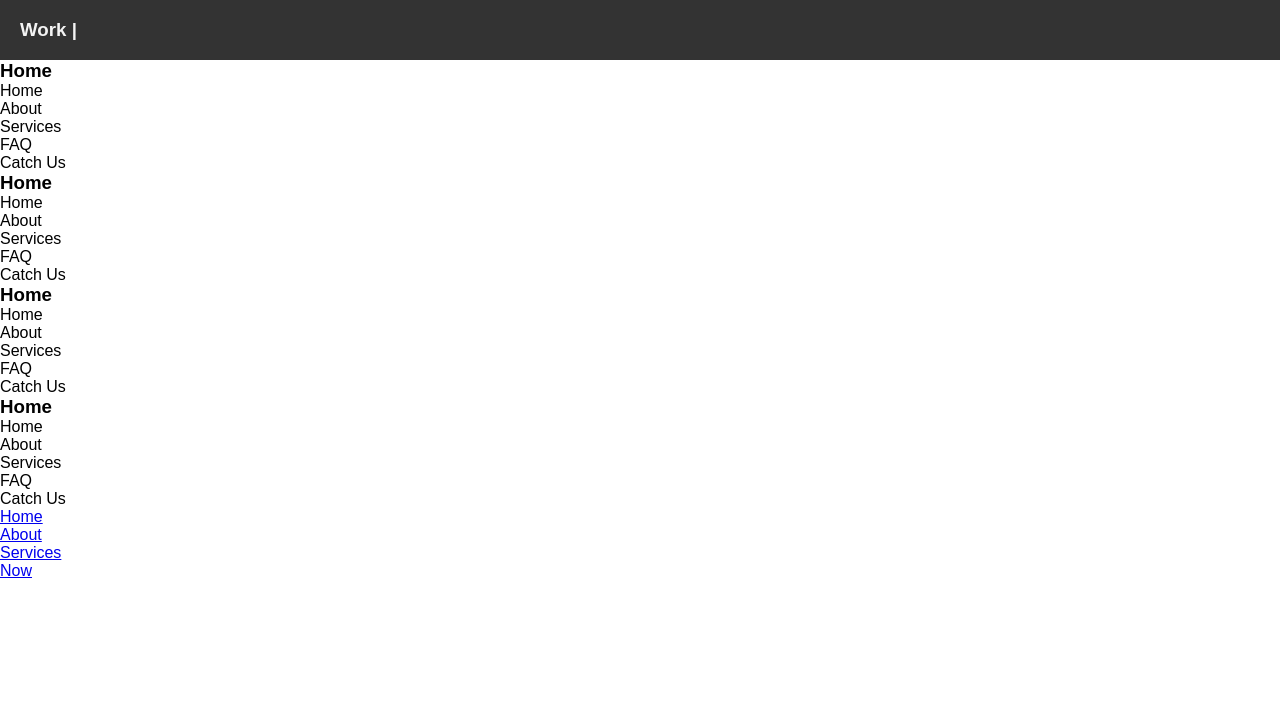
Repository: mxhdiqaim/lenviteck
Page: dist/index.html
These files come from the project's save history. The page is drawn as it stood at one moment and after the next save; the edit follows.
The browser window is 1280 px wide. The pictures show the whole page.
The style sheet was rebuilt from its Sass, Less or Tailwind sources for each picture, by a compiler version that may differ from the author's.

Above is the page before, as saved 2021-04-11 09:15:53.

### dist/index.html
<!DOCTYPE html>
<html lang="en">
<head>
    <meta charset="UTF-8">
    <meta http-equiv="X-UA-Compatible" content="IE=edge">
    <meta name="viewport" content="width=device-width, initial-scale=1.0">
    <link rel="stylesheet" href="./styles/main.css">
    <title>Shop Work</title>
</head>
<body>

  <section class="content">
    <nav class="navbar bg-dark">
        <div class="logo">
            <h1>Work <span>|</span></h1>
        </div>
    </nav>


    <section class="container">
       <div class="home">
            <h1>Home</h1>
            <ul>
                <li>Home</li>
                <li>About</li>
                <li>Services</li>
                <li>FAQ</li>
                <li>Catch Us</li>
            </ul>
       </div>
       <div class="works">
        <h1>Home</h1>
            <ul>
                <li>Home</li>
                <li>About</li>
                <li>Services</li>
                <li>FAQ</li>
                <li>Catch Us</li>
            </ul>
       </div>
       <div class="services">
                <h1>Home</h1>
                <ul>
                    <li>Home</li>
                    <li>About</li>
                    <li>Services</li>
                    <li>FAQ</li>
                    <li>Catch Us</li>
                </ul>
       </div>
       <div class="services">
            <h1>Home</h1>
            <ul>
                <li>Home</li>
                <li>About</li>
                <li>Services</li>
                <li>FAQ</li>
                <li>Catch Us</li>
            </ul>
        </div>


    </section>
</section>
    <footer>
        <ul>
            <li><a href="#">Home</a></li>
            <li><a href="#">About</a></li>
            <li><a href="#">Services</a></li>
            <li><a href="#">Now</a></li>
        </ul>
    </footer>
</body>
</html>

### dist/styles/main.scss
// Global variables
$primary-color: #dc3545;
$dark-color: #333333;
$light-color: #f4f4f4;
$danger-color: #dc3545;
$success-color: #28a745;

* {
  padding: 0;
  margin: 0;
  box-sizing: border-box;
}

body {
  font-family: Arial, Helvetica, sans-serif;
}

nav {
  height: 60px;
  background-color: $dark-color;
  color: $light-color;
  display: flex;
  justify-content: flex-start;
  align-items: center;

  div {
    padding: 20px;
  }
}

After the next save:
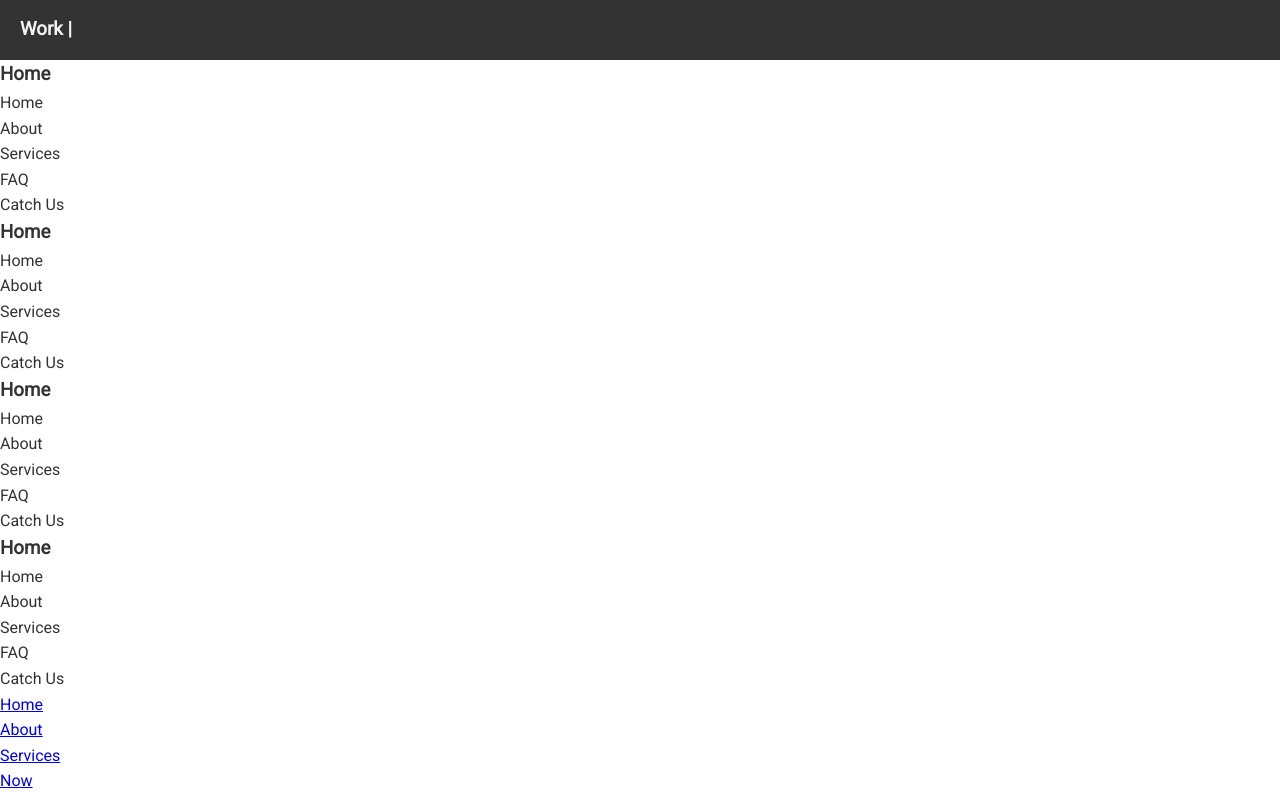
Saved 79 s later.
--- a/dist/styles/main.scss
+++ b/dist/styles/main.scss
@@ -1,3 +1,6 @@
+// Import
+@import url('https://fonts.googleapis.com/css?family=Roboto');
+
 // Global variables
 $primary-color: #dc3545;
 $dark-color: #333333;
@@ -12,8 +15,13 @@ $success-color: #28a745;
 }
 
 body {
-  font-family: Arial, Helvetica, sans-serif;
+  font-family: 'Roboto', sans-serif;
+  font-size: 1rem;
+  line-height: 1.6;
+  background-color: #fff;
+  color: #333;
 }
+
 
 nav {
   height: 60px;
